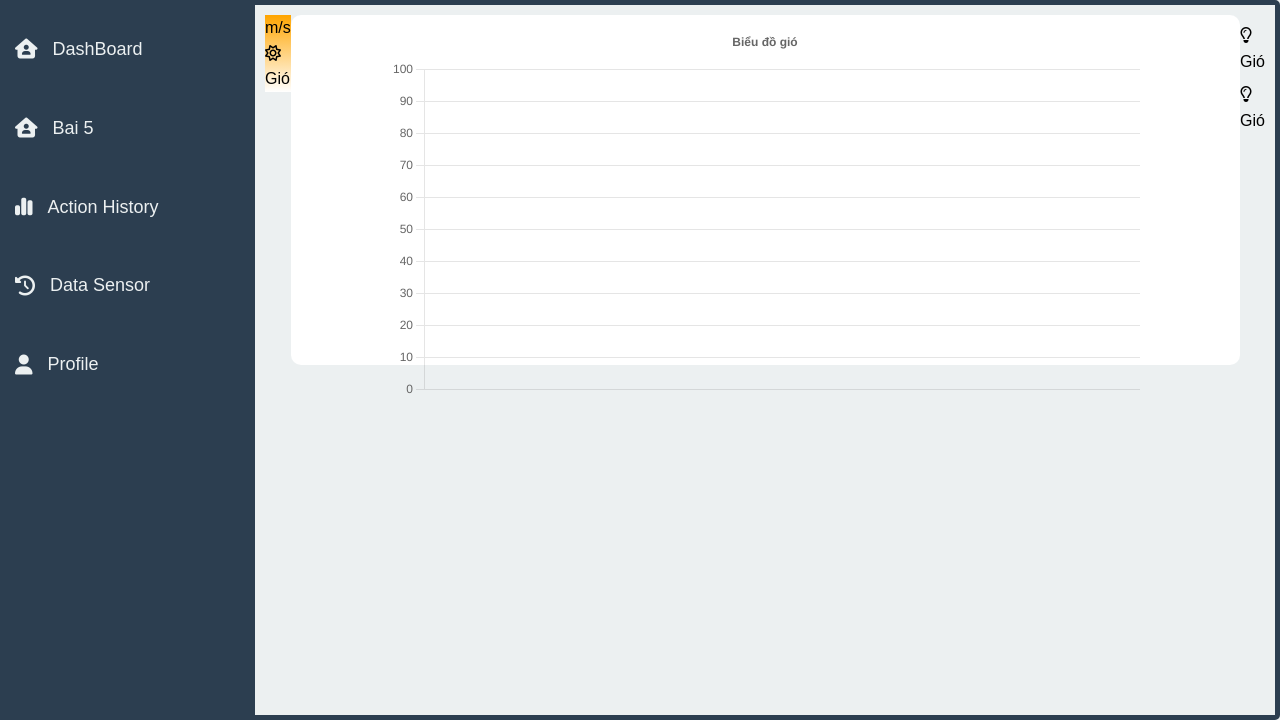
Repository: duongnoob23/duyyyy
Page: /bai5 (app in iot/)
An editor plug-in stored every save of this project. The page is shown before and after the next save, followed by the edit.
The browser window is 1280 px wide. The pictures show the whole page.
The page's requests for data from a server got no answer. Some web libraries are served in a nearby version. The project was rebuilt for these pictures with package versions that can differ from the ones it lists, and the page was loaded fresh each time. No one was signed in, and anything a server would have sent is missing. Also part of the build but not shown: iot/src/App.css, iot/src/Components/Doughnut/GaugeChart.js, iot/src/Components/LineChart/LineChartECharts.js, iot/src/Pages/Home/Home.js, iot/src/Pages/DataLogs/DataLogs.js, iot/src/Pages/Profile/Profile.css, iot/src/Pages/Profile/Profile.js, iot/src/Pages/Action/Action.js and 1 more.

Above is the page before, as saved 2024-12-02 20:59:49.

### iot/public/index.html
<!DOCTYPE html>
<html lang="en">
  <head>
    <meta charset="utf-8" />
    <link rel="icon" href="%PUBLIC_URL%/favicon.ico" />
    <meta name="viewport" content="width=device-width, initial-scale=1" />
    <meta name="theme-color" content="#000000" />
    <meta
      name="description"
      content="Web site created using create-react-app"
    />
    <link rel="apple-touch-icon" href="%PUBLIC_URL%/logo192.png" />
    <!--
      manifest.json provides metadata used when your web app is installed on a
      user's mobile device or desktop. See https://developers.google.com/web/fundamentals/web-app-manifest/
    -->
    <link rel="manifest" href="%PUBLIC_URL%/manifest.json" />
    <!--
      Notice the use of %PUBLIC_URL% in the tags above.
      It will be replaced with the URL of the `public` folder during the build.
      Only files inside the `public` folder can be referenced from the HTML.

      Unlike "/favicon.ico" or "favicon.ico", "%PUBLIC_URL%/favicon.ico" will
      work correctly both with client-side routing and a non-root public URL.
      Learn how to configure a non-root public URL by running `npm run build`.
    -->
    <link rel="stylesheet" href="https://cdnjs.cloudflare.com/ajax/libs/font-awesome/6.6.0/css/all.min.css" integrity="sha512-Kc323vGBEqzTmouAECnVceyQqyqdsSiqLQISBL29aUW4U/M7pSPA/gEUZQqv1cwx4OnYxTxve5UMg5GT6L4JJg==" crossorigin="anonymous" referrerpolicy="no-referrer" />
    <title>React App</title>
    <script src="https://code.highcharts.com/highcharts.js"></script>
  </head>
  <body>
    <noscript>You need to enable JavaScript to run this app.</noscript>
    <div id="root"></div>
    <!--
      This HTML file is a template.
      If you open it directly in the browser, you will see an empty page.

      You can add webfonts, meta tags, or analytics to this file.
      The build step will place the bundled scripts into the <body> tag.

      To begin the development, run `npm start` or `yarn start`.
      To create a production bundle, use `npm run build` or `yarn build`.
    -->
  </body>
</html>

### iot/src/index.js
import React from 'react';
import { DatePicker } from 'antd';
import ReactDOM from 'react-dom/client';
import './index.css';
import App from './App';
import reportWebVitals from './reportWebVitals';
import { BrowserRouter } from 'react-router-dom';


const root = ReactDOM.createRoot(document.getElementById('root'));
root.render(
  // <React.StrictMode>
  <BrowserRouter>
    <App />
  </BrowserRouter>

  // </React.StrictMode>
);


reportWebVitals();

### iot/src/index.css
body {
  margin: 0;
  font-family: -apple-system, BlinkMacSystemFont, 'Segoe UI', 'Roboto', 'Oxygen',
    'Ubuntu', 'Cantarell', 'Fira Sans', 'Droid Sans', 'Helvetica Neue',
    sans-serif;
  -webkit-font-smoothing: antialiased;
  -moz-osx-font-smoothing: grayscale;
}

code {
  font-family: source-code-pro, Menlo, Monaco, Consolas, 'Courier New',
    monospace;
}

*{
  box-sizing: border-box;
  font-family: Arial, Helvetica, sans-serif;
}

html{
  font-size: 62.5%;
}

ul,li{
  list-style-type: none;
  margin: 0;
  padding:0;
}
a{
  text-decoration: none;
}

body{
  margin: 0;
  padding: 0;

}

### iot/src/App.js
// import logo from './logo.svg';
import './App.css';
import Layout from './Components/Layout/Layout';
import { Routes,Route} from 'react-router-dom';
import Home from './Pages/Home/Home';
import DataLogs from './Pages/DataLogs/DataLogs';
import Profile from './Pages/Profile/Profile';
import Action from './Pages/Action/Action';
import Bai5 from './Pages/Bai5/Bai5';
function App() {
  return (
    <>

      <Routes>
          <Route path="/" element = {<Layout/>}>
            <Route path='home' element={<Home/>}/>
            <Route path='bai5' element={<Bai5 />}/>
            <Route path='datalogs' element={<DataLogs/>}/>
            <Route path='profile' element={<Profile/>}/>
            <Route path='action' element={<Action/>}/>
          </Route>
      </Routes>
    </>
  );
}

export default App;

### iot/src/Components/Layout/Layout.js
import './Layout.css'
import { Link, Outlet, } from "react-router-dom";
// import { useState } from "react";

function Layout(){

    return (
        <>

        <div className="dashBoard">
        <div className="sideBar">
            <ul className="sideBar-list">
                <li className="sideBar-item">
                    {/* <a  href="#" className="sideBar-icon">
                        <i className="fa-solid fa-house-user">
                        </i>
                        <span className='sideBar-text'>DashBoard</span>
                    </a> */}
                    <Link className='sideBar-icon' to={"/home"}>
                        <i className="fa-solid fa-house-user">
                        </i>
                        <span className='sideBar-text'>DashBoard</span>
                    </Link>
                </li>
                <li className="sideBar-item">
                    <Link className='sideBar-icon' to={"/bai5"}>
                        <i className="fa-solid fa-house-user">
                        </i>
                        <span className='sideBar-text'>Bai 5</span>
                    </Link>
                </li>
                <li className="sideBar-item">
                <Link  className="sideBar-icon" to={"/action"}>
                    <i className="fa-solid fa-chart-simple"></i>
                        <span className='sideBar-text'>Action History</span>
                    </Link>
                </li>
                <li className="sideBar-item">
                    <Link className="sideBar-icon" to={"/datalogs"} >
                    <i className="fa-solid fa-clock-rotate-left"></i>
                        <span className='sideBar-text'> Data Sensor</span>
                    </Link>
                </li>
                <li className="sideBar-item">

                    <Link className="sideBar-icon" to={"/profile"}>
                        <i className="fa-solid fa-user"></i>
                        <span className='sideBar-text'>Profile</span>
                    </Link>
                </li>
            </ul>
        </div>
        <div className="sideMain">
            <Outlet/>
        </div>
    </div>
        </>
    )
}

export default Layout;

### iot/src/Components/Layout/Layout.css


/* Reset default padding and margins */
* {
    margin: 0;
    padding: 0;
    box-sizing: border-box;
}

/* DashBoard container */
.dashBoard {
    display: flex;
    height : 100vh;
    font-family: 'Roboto', sans-serif;
}

/* SideBar styling */
.sideBar {
    width: 250px;
    background-color: #2c3e50;
    padding: 20px 0;
    position: fixed;
    height: 100%;
    transition: all 0.3s ease;
}

.sideBar-list {
    list-style: none;
    padding-left: 0;
}

.sideBar-item {
    margin-bottom: 20px;
}

.sideBar-icon {
    display: flex;
    align-items: center;
    padding: 15px;
    color: #ecf0f1;
    text-decoration: none;
    transition: background 0.3s ease, color 0.3s ease;
}

.sideBar-icon i {
    margin-right: 15px;
    font-size: 20px;
}

/* Hover effect for sidebar items */
.sideBar-icon:hover {
    background-color: #34495e;
    color: #1abc9c;
    cursor: pointer;
    padding-left: 25px; /* Add a slide effect */
    transition: all 0.3s ease;
}

.sideBar-text {
    font-size: 18px;
}

/* Active link effect */
.sideBar-icon.active {
    background-color: #1abc9c;
    color: #fff;
    border-radius: 8px;
    transition: all 0.3s ease;
}

/* SideMain styling */
.sideMain {
    margin-left: 250px;
    background-color: #ecf0f1;
    flex-grow: 1;
}

/* Responsive Design */
@media screen and (max-width: 768px) {
    .sideBar {
        width: 200px;
    }

    .sideBar-icon {
        padding: 10px;
    }

    .sideMain {
        margin-left: 200px;
        padding: 20px;
    }
}

@media screen and (max-width: 576px) {
    .sideBar {
        width: 60px;
    }

    .sideBar-icon i {
        margin-right: 0;
        text-align: center;
        flex: 1;
    }

    .sideBar-text {
        display: none;
    }

    .sideMain {
        margin-left: 60px;
        padding: 10px;
    }
}

### iot/src/Pages/Home/Home.css
/* General Styling */
.main {
    display: flex;
    flex-direction: column;
    height : 100%; /* Chiếm toàn bộ chiều cao của màn hình */

    box-sizing: border-box; /* Đảm bảo padding không làm thay đổi kích thước */
}

.section {
  width: 100%;
  height : 100%;
}



.section-one{
    width: 100vh;
    height : 100%;
    display: flex;
    flex-direction: row;

}

.left{
  width: 75%;
}

.right{
  width: 25%;
}

.sensor{
    height: 30%;
}


.sensor-list {
    height: 100%;
    display: flex;
    list-style-type: none;
    padding: 0;
    margin: 0;
    justify-content: space-between; /* Rải đều các phần tử trong container */
    width: 100%; /* Chiếm toàn bộ chiều rộng của màn hình */
}

.sensor-item {
    flex: 1; /* Các phần tử sẽ tự động chiếm đều không gian */
    /* padding: 5px; */
    background-color: #ffffff;
    border-radius: 12px;
    box-shadow: 0 4px 12px rgba(0, 0, 0, 0.1);
    display: flex;
    flex-direction: column;
    align-items: center;
    text-align: center;
    margin: 10px;
    min-width: 50px; /* Đảm bảo các phần tử không quá nhỏ */
}
  .sensor-item .sensor-digit {
    font-size: 1.2em;
    font-weight: bold;
    margin-bottom: 5px;
    color: #333;
  }

  .sensor-item:nth-child(2){
    /* margin:10px 20px; */
  }

  .sensor-bar {
    width: 100%;
    height: 100px;
    background-color: #e0e0e0;
    border-radius: 8px;
    position: relative;
    overflow: hidden;
    margin: 10px 0;
  }

  .sensor-fill {
    position: absolute;
    bottom: 0;
    width: 100%;
    border-radius: 8px;
  }

  .sensor-item.light .sensor-fill {
    background-color: #ffb74d; /* Soft orange for light */
  }

  .sensor-item.temperature .sensor-fill {
    background-color: #ef5350; /* Soft red for temperature */
  }

  .sensor-item.humidity .sensor-fill {
    background-color: #42a5f5; /* Soft blue for humidity */
  }

  .label {
    font-size: 0.9em;
    font-weight: 600;
    color: #777;
  }
  /* Chart Section */
  .chart {
    height: 70%;
    width: 100%;
    /* margin-top: 20px; */
    /* margin: 15px; */
    padding: 0;
  }
.styleChart{
  aspect-ratio: 7/3;
}
  /* Electric Section */
  .electric {
    width: 100%;
    margin-top: 5px;
  }

  .electric-list {
    list-style: none;
    padding: 0;
    margin: 0;
    display: flex;
    flex-direction: column;
    justify-content: space-around;
    gap: 15px;
  }

  .electric-item {
    /* flex: 1; */
    text-align: center;
    padding: 20px;
    background-color: #f9f9f9;
    border-radius: 10px;
    box-shadow: 0px 4px 10px rgba(0, 0, 0, 0.1);
    transition: transform 0.3s ease, box-shadow 0.3s ease;
    width: 300px;
  }




  .electric-box {
    position: relative;
    margin-bottom: 10px;
  }

  .electric-input {
    display: none;
  }

  .electric-label {
    display: block;
    width: 60px;
    height: 30px;
    background-color: #ddd;
    border-radius: 15px;
    position: relative;
    cursor: pointer;
    transition: background-color 0.3s;
  }



  .electric-input:checked + .electric-label {
    background-color: #4caf50;
  }

  .electric-input:checked + .electric-label:before {
    left: 31px;
  }

  .on-off {
    font-weight: bold;
    margin-top: 8px;
    font-size: 16px;
  }

  .electric-item i {
    font-size: 36px;
    color: #4caf50;
  }

  .electric-item .light-icon,
  .electric-item .temp-icon,
  .electric-item .air-icon {
    color: #aaa;
  }

/* css button  */

### iot/src/Components/Helper/URL.js
export const URL = "http://localhost:3001";

### iot/src/Pages/DataLogs/DataLogs.css
*{
    box-sizing: border-box;
}
.table {
    width: 90%;
    border-collapse: collapse;
    margin: 10px;
    border-radius:10px;
    overflow: hidden;
}

.data{
    border:5px solid #2c3e50;
    border-radius: 0 5px 5px 0;
    height: 100%;
}

.table__body{
    border-radius: 10px;
    border: 2px solid #2c3e50;
}

.table__head{
    border: 2px solid #2c3e50;
}
th, td {
    padding: 10px;
    text-align: center;
    border-bottom: 1px solid #ddd;
}
th {
    background-color: #2c3e50;
    color: white;
}

.table-row__body{
    transition: all 0.1s linear;

}
.table-row__body:nth-child(even){
    background-color: #eee;

}
.table-row__body:hover{
    background-color: #2c3e50;
    color: #F4C427;

}

.table-row__body:active{
    background-color: #2c3e50;
    color: #F4C427;
}
.data__title{
    margin-left: 10px;
    font-size: 20px;
    font-weight: bold;
}

.data__sort{
    margin-left: 10px;
    font-size: 15px;
    font-weight: bold;
    margin-bottom: 10px;

}

.data__in{
    border-radius: 10px;
    border: 2px solid #7A40F2;
    margin: 10px;
}

### iot/src/Pages/Action/Action.css
* {
    box-sizing: border-box;
    font-family: 'Arial', sans-serif; /* Change this to your preferred font */
    font-size: 16px; /* Default font size */
    line-height: 1.6; /* Controls line spacing */
}


.action {
    border: 5px solid #2c3e50;
    border-radius: 0 5px 5px 0;
    height: 100vh; /* Full viewport height */
    display: flex;
    flex-direction: column;
    justify-content: space-between; /* Distribute space evenly */
}

.action-title {
    margin-left: 10px;
    font-size: 24px;
    font-weight: bold;
    margin-bottom: 20px;
}

.option {
    display: flex;
    align-items: center;
    margin-bottom: 20px;
}

.search {
    margin-left: 20px;
    display: flex;
    align-items: center;
}

.search__input {
    padding: 8px 15px;
    border-radius: 8px;
    outline: none;
    border: 1px solid #2c3e50;
    margin-right: 5px;
    font-size: 16px;
}

.search__icon {
    cursor: pointer;
    font-size: 20px;
    color: #2c3e50;
}

.select, .select2 {
    margin-left: auto;
    padding: 0 10px;
}

.select__list {
    padding: 8px 12px;
    border-radius: 8px;
    border: 1px solid #2c3e50;
    outline: none;
    font-size: 16px;
}

/* Table container to control overflow */
.table__container {
    flex-grow: 1;
    overflow-y: auto;
    border-radius: 10px;
    margin: 0 20px;
    padding-bottom: 20px;
}

.table {
    width: 100%;
    border-collapse: collapse;
}

.table__head {
    background-color: #2c3e50;
    color: white;
    border-radius: 10px 10px 0 0;
}

.table-row__head th, .table-row__body td {
    padding: 10px;
    text-align: center;
}

.table-row__body:nth-child(even) {
    background-color: #f7f7f7;
}

.table-row__body:hover {
    background-color: #2c3e50;
    color: #F4C427;
}

/* Maintain height to ensure 10 rows fill the page */
.table-row__body {
    height: 40px; /* Adjust this based on design preferences */
    transition: background-color 0.3s;
}

.table__body {
    border-radius: 0 0 10px 10px;
}

.pagination {
    margin-right: 20px;
    padding: 10px 0;
    text-align: right;
}

.pagi__list {
    display: flex;
    justify-content: flex-end;
    align-items: center;
    font-size: 16px;
}

.pagi__item {
    margin: 0 5px;
    cursor: pointer;
    padding: 5px 10px;
    border: 1px solid #3498db;
    border-radius: 5px;
    transition: background-color 0.3s;
}

.pagi__next, .pagi__pre {
    color: #3498db;
}

.pagi__cur {
    font-weight: bold;
    color: #fff;
    background-color: #15181b;
    border-radius: 5px;
    padding: 5px 10px;
}

/* Ensure last row visibility */
.table__container::-webkit-scrollbar {
    width: 6px;
}

.table__container::-webkit-scrollbar-thumb {
    background-color: #121518;
    border-radius: 10px;
}

### iot/src/Pages/Bai5/Bai5.css
.main{
    width: 100%;
    padding:10px;
    height: 100%;
    border:5px solid #2c3e50;
    border-radius: 0 5px 5px 0;
}


.section{
    display: flex;
    justify-content: start;
    flex-direction: column;
}

.section .section-one{
    width: 100%;
}



.electric{
    background-color: white;
    /* padding:10px; */
    border-radius: 15px;
    /* margin-bottom: 15px; */
}

.electric-list{
    display: flex;
    justify-content: center;
    align-items: center;
    margin-left: -20px;
    height: 100%;
}

.electric-item{
    width: 80%;
    height: calc(100% / 3 - 10px);
    margin-left: 20px;
    /* background-color: white; */
    border-radius: 10px;
    padding: 10px;
    box-shadow: rgba(0, 0, 0, 0.35) 0px 5px 15px;
    color:#2c3e50;
    display: flex;
    flex-direction: column;
    justify-content: space-between;
    font-size: 15px;
    transition: all 0.25s linear;
    position: relative;
    /* cursor: pointer; */
}

/* .electric-item:hover{
    background-color: #2c3e50;
    color: white;
    box-shadow: #2c3e50 3px 3px 9px 0px;
} */

.electric-item i{
    font-size: 40px;
}

.electric-item .on-off{
    font-size: 20px;
    color: black;
    margin-top: 0;
}

.electric-item:hover .on-off{
    /* color:white; */
}

.electric-input{
    display: none;
}

.electric-input:checked + .electric-label{
    background-color: #2c3e50;
    box-shadow: white 0px 5px 15px;
}

.electric-input:checked + .electric-label:after{
    background-color: white;
    transform: translateX(17px);
}
.electric-input:checked .temperature{
    color: #2c3e50;
}


.electric-label{
    position: absolute;
    top:20px;
    right: 20px;
    width: 36px;
    height: 20px;
    border-radius: 20px;
    background-color: #F5F5F5;
    transition: all 0.25s linear;
    cursor: pointer;
}

.electric-label:after{
    cursor: pointer;
    content: "";
    position:  absolute;
    top:1px;
    left: 1px;
    width: 18px;
    height: 18px;
    border-radius: 50%;
    background-color: white;
    transition: all 0.25s linear;
    box-shadow: rgba(0, 0, 0, 0.35) 0px 5px 15px;
}

.electric-item .electric-light{
    display: inline-block;
    font-size: 40px;
    color: black;
    transition: all 0.4s linear;
    display: flex;
    justify-content: center;
    align-items: center;
}
.electric-item .electric-light.show{
    color: yellow;
    /* box-shadow: 0 0 3px 3px yellow; */
    filter: drop-shadow(0 0 10px rgba(255, 255, 0, 0.8)) drop-shadow(0 0 20px rgba(255, 255, 0, 0.642));
}

.electric-item .electric-air{
    display: flex;
    justify-content: center;
    align-items: center;
    color:black;
}

.electric-item .electric-air.show{
    content: "";
    animation:spin 2s linear infinite;
    color:#3acbe9;
    transition: all 0.4s linear;
}

.electric-item .electric-temperature{
    display: flex;
    justify-content: center;
    align-items: center;
    color:black;
}

.electric-item .electric-temperature.show{
    /* color: linear-gradient(to top,red ,yellow ); */
    background-image: linear-gradient(to top,red,yellow);
    color:transparent;
    background-clip: text;
    transition: all 0.4s linear;
}

@keyframes spin {
    to{
        transform: rotate(720deg);
    }
  }

.meter{
    background-color: white;
    padding:10px;
    border-radius: 15px;
    margin-bottom: 5px;
}

.meter-list{
    display: flex;
    justify-content: center;
    align-items: center;
    margin-left: -20px;
}

.meter-item{
    width: calc(100% / 3 - 20px);
    height: 120px;
    margin-left: 20px;
    /* background-color: white; */
    border-radius: 10px;
    padding: 10px;
    box-shadow: rgba(0, 0, 0, 0.35) 0px 5px 15px;
    color:black;
    display: flex;
    flex-direction: column;
    justify-content: space-between;
    font-size: 18px;
    transition: all 0.25s linear;
    position: relative;
}
.meter-item:first-child{
    /* background-image: linear-gradient(to bottom,#F4C427,white); */
    background-color: #f4c427;
    }



.meter-item:last-child{
    /* background-image: linear-gradient(to bottom,#3ACBE9,white); */
    background-color: #3acbe9;
}

.meter-item:nth-child(2){
    /* background-image: linear-gradient(to bottom,#FF9060,white); */
    background-color: #FF9060;
}

.meter-digit
{
    text-align: start;
    font-size: 24px;
    font-weight: white;
}

.chart{
    width: 100%;
    height: 350px;
    border-radius: 10px;
    background-color: white;
    padding:10px;
    margin-bottom: 20px;
}



.blink {
    background-color: yellow;
    animation: blink 1s infinite;
  }

  @keyframes blink {
    0%, 100% {
      background-color: yellow;
    }
    50% {
      background-color: transparent;
    }
  }

### iot/src/Components/LineChart/LineChartFix.js
import React, { useEffect,useState } from 'react';
import { Line } from 'react-chartjs-2';
import { Chart as ChartJS, CategoryScale, LinearScale, PointElement, LineElement, Title, Tooltip, Legend } from 'chart.js';
import {URL} from '../Helper/URL';
ChartJS.register(CategoryScale, LinearScale, PointElement, LineElement, Title, Tooltip, Legend);



const LineChartFix = ({onDataUpdate}) => {


  const [dataChart,setDataChart] = useState({
    labels:[],
    datasets:[],
  })
  // console.log(onDataUpdate);
  const fetchApi = () => {
    fetch(URL + `/windspeed`)
      .then(res => res.json())
      .then(data => {
        if (data) {
          console.log(data);

          // Adding index (increasing order) to the data
          let indexedData = data.results.map((item, index) => ({
            ...item,
            index: index + 1 // Adding index starting from 1
          }));

          // Extract time, temperature, humidity, and light values
          let time = indexedData.map(item => item.time);
          let temperature = indexedData.map(item => item.temperature);
          let humidity = indexedData.map(item => item.humidity);
          let light = indexedData.map(item => item.light / 10);
          let windspeed = indexedData.map(item => item.light/10 + 13);
          setDataChart({
            labels: time,
            datasets: [
              {
                label: 'Tốc độ gió ',
                data: windspeed,
                borderColor: 'rgba(255, 206, 86, 1)',
                backgroundColor: 'rgba(255, 206, 86, 0.2)',
                tension: 0.4,
              },
            ],
          });

          const option = {
            windspeed: windspeed[windspeed.length - 1 ],
          };

          onDataUpdate(option);
        }
      });
  };

  useEffect(() => {
    fetchApi(); // Lần gọi đầu tiên ngay khi component mount

    // const interval = setInterval(() => {
    //   fetchApi(); // Gọi API mỗi 5 giây (5000ms)
    // }, 5000);

    // return () => clearInterval(interval); // Dọn dẹp interval khi component unmount
  }, []);


  const options = {
    responsive: true,
    plugins: {
      legend: {
        position: 'top',
      },
      title: {
        display: true,
        text: 'Biểu đồ gió',
      },
    },
    scales: {
      y: {
        beginAtZero: true,
        max: 100, // Đặt giá trị tối đa cho trục y
      },
    },
  };


  return (
    <div style={{ maxWidth: '750px', margin: '0 auto' }}>
      <Line data={dataChart} options={options}  />
    </div>
  );
};

// onDataUpdate={handleDataUpdate}
export default LineChartFix;

Loaded but not shown: iot/src/reportWebVitals.js (common file); iot/src/Pages/Bai5/Bai5.js (124 lines, source omitted)

After the next save:
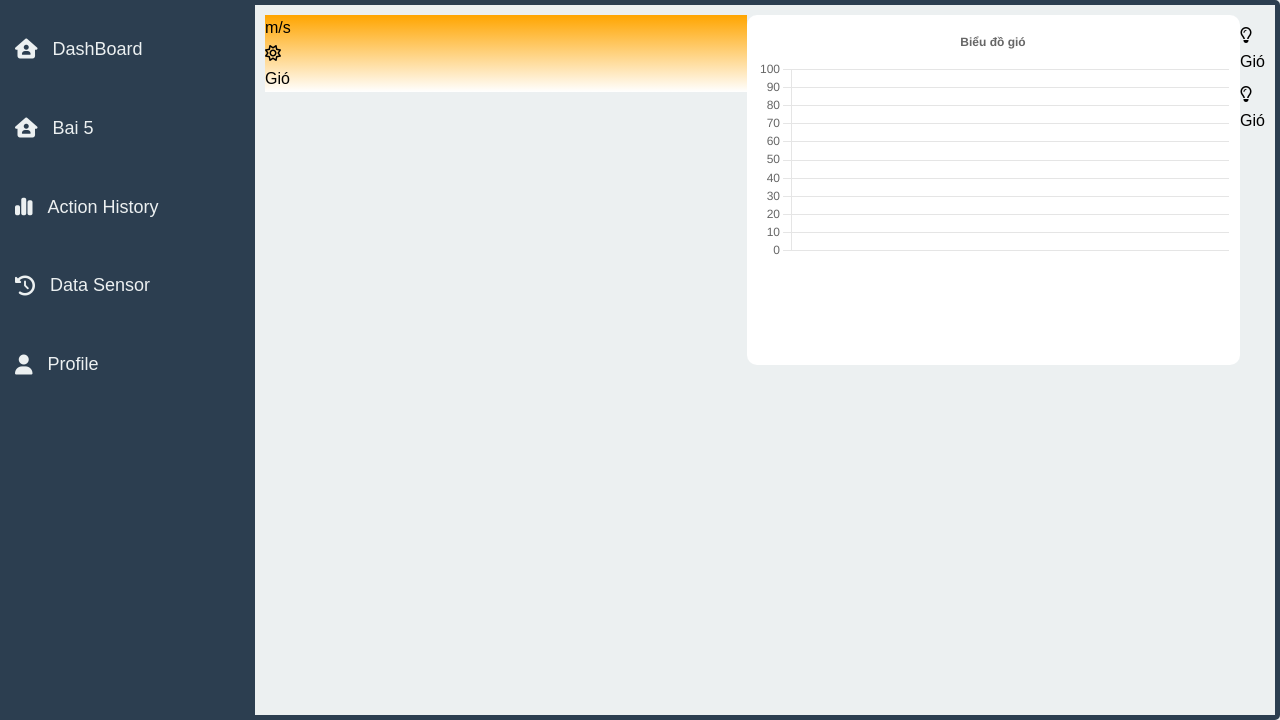
Saved 81 s later.
--- a/iot/src/Pages/Bai5/Bai5.css
+++ b/iot/src/Pages/Bai5/Bai5.css
@@ -244,3 +244,9 @@
       background-color: transparent;
     }
   }
+
+
+.bai5{
+    width: 100%;
+    height: 25%;
+}
